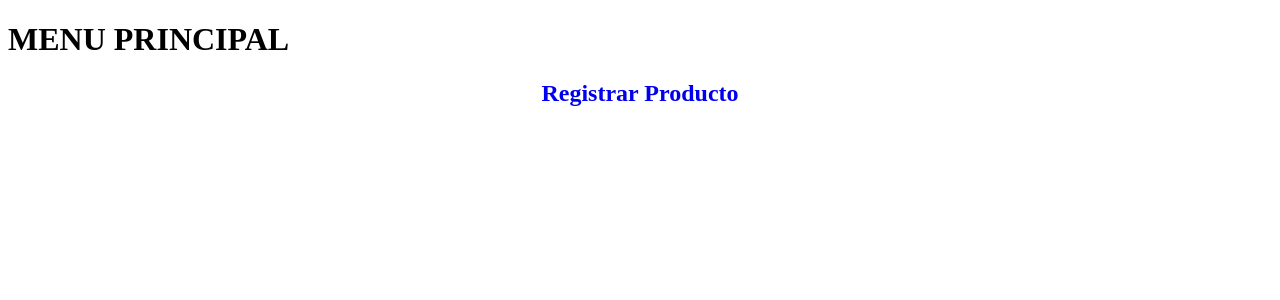
Repository: christianem30/LPII_CL3_ESPINOZAMINAYACHRISTIAN
Page: http://localhost/LPII_CL3_ESPINOZAMINAYACHRISTIAN/MenuPrincipal.jsp
The author's editor kept a copy of each file at every save. The page is drawn from the files as they stood at one save, then again after the next save.
The browser window is 1280 px wide. The pictures show the whole page.
The page is served by Tomcat 9.

Above is the page before, as saved 2024-07-03 05:56:12.

After the next save:
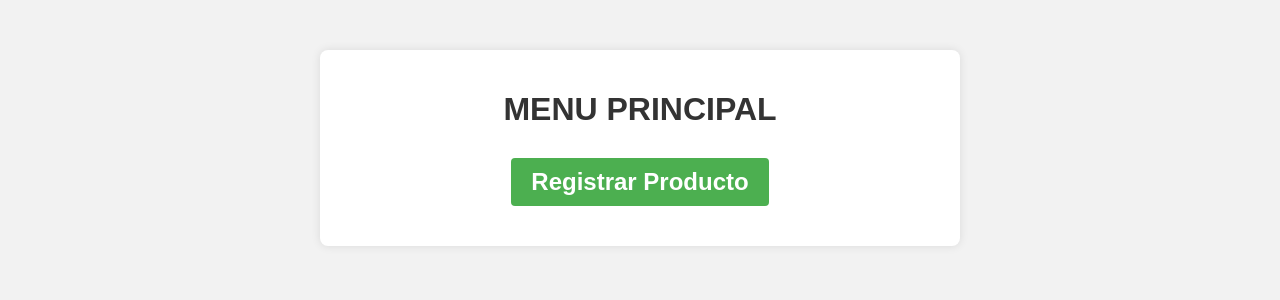
Saved 110 s later.
--- a/LPII_CL3_ESPINOZAMINAYACHRISTIAN/src/main/webapp/MenuPrincipal.jsp
+++ b/LPII_CL3_ESPINOZAMINAYACHRISTIAN/src/main/webapp/MenuPrincipal.jsp
@@ -1,16 +1,51 @@
-<%@ page language="java" contentType="text/html; charset=ISO-8859-1"
-    pageEncoding="ISO-8859-1"%>
-<!DOCTYPE html PUBLIC "-//W3C//DTD HTML 4.01 Transitional//EN" "http://www.w3.org/TR/html4/loose.dtd">
-<html>
+<%@ page language="java" contentType="text/html; charset=UTF-8" pageEncoding="UTF-8"%>
+<!DOCTYPE html>
+<html lang="en">
 <head>
-<meta http-equiv="Content-Type" content="text/html; charset=ISO-8859-1">
-<title>MENU PRINCIPAL</title>
+    <meta charset="UTF-8">
+    <meta name="viewport" content="width=device-width, initial-scale=1.0">
+    <title>MENU PRINCIPAL</title>
+    <style>
+        body {
+            font-family: Arial, sans-serif;
+            background-color: #f2f2f2;
+            margin: 0;
+            padding: 0;
+        }
+        .menu-container {
+            max-width: 600px;
+            margin: 50px auto;
+            padding: 20px;
+            background-color: #ffffff;
+            border-radius: 8px;
+            box-shadow: 0 0 10px rgba(0, 0, 0, 0.1);
+        }
+        h1 {
+            text-align: center;
+            color: #333333;
+        }
+        h2 {
+            text-align: center;
+            margin-top: 30px;
+        }
+        .menu-link {
+            display: inline-block;
+            padding: 10px 20px;
+            background-color: #4CAF50;
+            color: #ffffff;
+            text-decoration: none;
+            border-radius: 4px;
+            transition: background-color 0.3s ease;
+        }
+        .menu-link:hover {
+            background-color: #45a049;
+        }
+    </style>
 </head>
 <body>
-<h1>MENU PRINCIPAL</h1>
-
-<h2 align="center">
-<a href="FormRegistrarProducto.jsp" style="text-decoration: none; color blue;">Registrar Producto</a></h2>
-
+    <div class="menu-container">
+        <h1>MENU PRINCIPAL</h1>
+        <h2><a href="FormRegistrarProducto.jsp" class="menu-link">Registrar Producto</a></h2>
+    </div>
 </body>
 </html>
